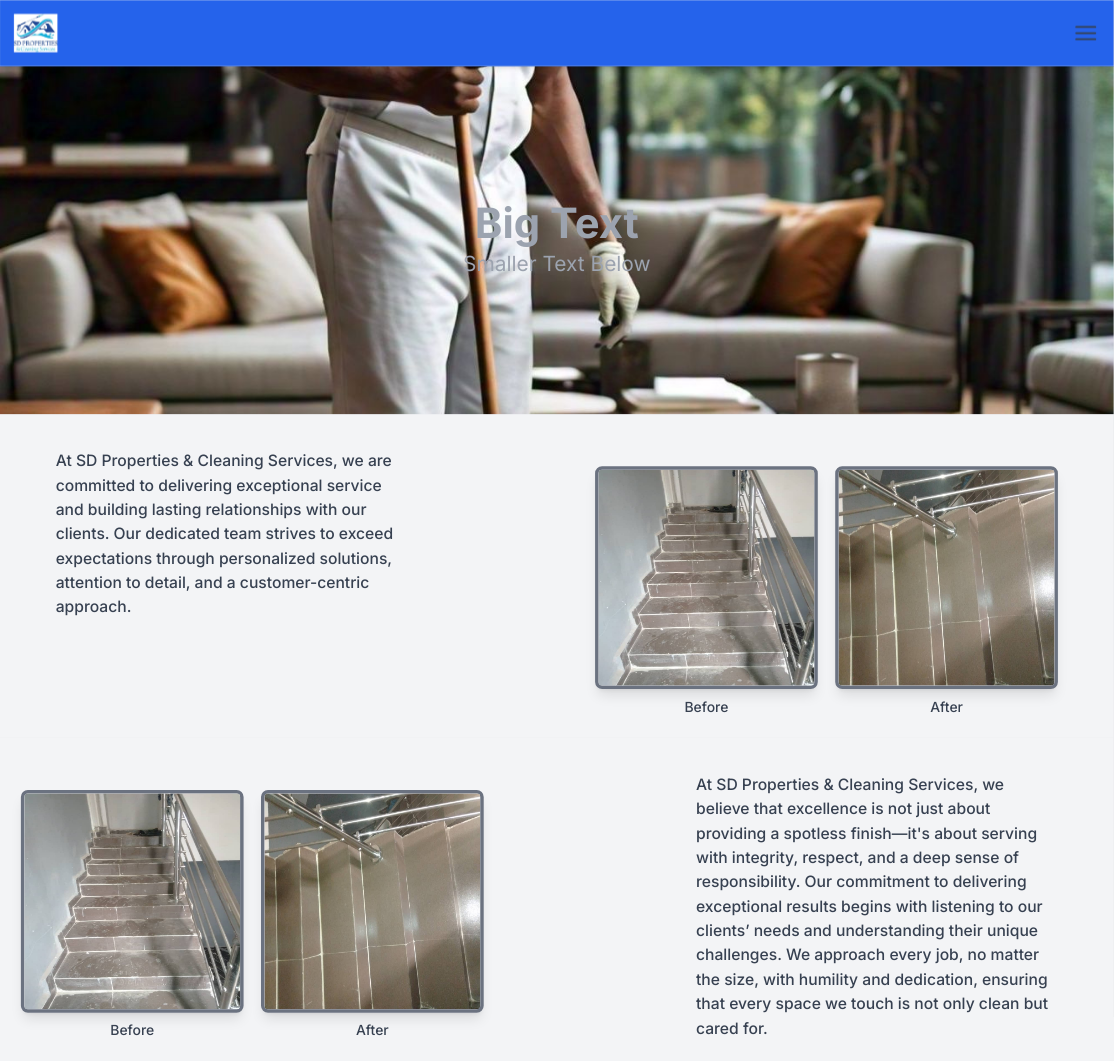
Repository: devmskhan/sdpropandclean
Page: /
An editor plug-in stored every save of this project. The page is shown before and after a run of saves, followed by the edit.
The browser window is 1280 px wide. The pictures show the whole page, at 87% of full size.
The project was rebuilt for these pictures with package versions that can differ from the ones it lists, and the page was loaded fresh each time. The framework's server and built-in components were replaced by stand-ins that run in the browser. Also part of the build but not shown: next.config.mjs.

Above is the page before, as saved 2024-09-03 13:21:42.

### app/layout.tsx
import type { Metadata } from "next";
import { Inter } from "next/font/google";
import "./globals.css";

const inter = Inter({ subsets: ["latin"] });

export const metadata: Metadata = {
  title: "SD Properties & Cleaning",
  description: "Provision of Houses and Cleanliness of Homes is our apex goal",
};

export default function RootLayout({
  children,
}: Readonly<{
  children: React.ReactNode;
}>) {
  return (
    <html lang="en">
      <body className={inter.className}>{children}</body>
    </html>
  );
}

### app/page.tsx
import Header from '../components/Header';
import Body from '../components/Body';

export default function Home() {
  return (
    <main className="min-h-screen bg-gray-200">
      <Header />
      <Body />
    </main>
  );
}

### components/Header.tsx
import Image from "next/image";
import { Bars3Icon } from '@heroicons/react/24/solid'


function Header() {
    return (
      <header className="sticky top-0 z-10 flex justify-between items-center p-4 bg-blue-600 shadow-md">
      <div className="flex items-center">
        <Image
          src="/sdlogo.jpg"
          alt="Logo"
          width={50}
          height={50}
          className="cursor-pointer"
        />
      </div>

      <div className="cursor-pointer">
        <Bars3Icon className="h-8 w-8 text-gray-700" />
      </div>
    </header>

    )
}

export default Header;

### components/Body.tsx



function Body() {
    return (
        <div>
            <div className="relative w-full h-[400px] bg-cover bg-center text-gray-400"
         style={{ backgroundImage: 'url("/pic1.jpg")' }}>
      <div className="absolute inset-0 flex flex-col justify-center items-center text-center">
        {/* Larger Text */}
        <h1 className="text-5xl font-bold mb-2">
          Big Text
        </h1>
        {/* Smaller Text */}
        <p className="text-2xl">
          Smaller Text Below
        </p>
      </div>
    </div>

    <div>

    </div>

      <div className="flex justify-between p-6 bg-gray-100">
  <div className="max-w-md text-left mr-12"> {/* Increased margin-right for larger space */}
    <p className="text-lg font-medium text-gray-700 mt-4 ml-10">
      At SD Properties & Cleaning Services, we are committed to delivering exceptional service and building lasting relationships with our clients. Our dedicated team strives to exceed expectations through personalized solutions, attention to detail, and a customer-centric approach.
    </p>
  </div>
  <div className="flex space-x-5 mt-4 mr-10">
  <div className="flex flex-col items-center">
    <img src="stairsb.jpg" alt="Top Image" className="mt-5 w-64 h-64 rounded-lg shadow-lg border-gray-500 border-solid border-4" />
    <span className="mt-2 text-gray-700 font-medium">Before</span>
  </div>
  <div className="flex flex-col items-center">
    <img src="stairsaft.jpg" alt="Bottom Image" className="mt-5 w-64 h-64 rounded-lg shadow-lg border-gray-500 border-solid border-4" />
    <span className="mt-2 text-gray-700 font-medium">After</span>
  </div>
</div>

</div>

<div className="flex justify-between p-6 bg-gray-100">

<div className="flex space-x-5 mt-4 mr-10">
<div className="flex flex-col items-center">
  <img src="stairsb.jpg" alt="Top Image" className="mt-5 w-64 h-64 rounded-lg shadow-lg border-gray-500 border-solid border-4" />
  <span className="mt-2 text-gray-700 font-medium">Before</span>
</div>
<div className="flex flex-col items-center">
  <img src="stairsaft.jpg" alt="Bottom Image" className="mt-5 w-64 h-64 rounded-lg shadow-lg border-gray-500 border-solid border-4" />
  <span className="mt-2 text-gray-700 font-medium">After</span>
</div>
</div>
<div className="max-w-md text-left mr-12"> {/* Increased margin-right for larger space */}
  <p className="text-lg font-medium text-gray-700 mt-4 ml-10">
  At SD Properties & Cleaning Services, we believe that excellence is not just about providing a spotless finish—it's about serving with integrity, respect, and a deep sense of responsibility. Our commitment to delivering exceptional results begins with listening to our clients’ needs and understanding their unique challenges. We approach every job, no matter the size, with humility and dedication, ensuring that every space we touch is not only clean but cared for.
  </p>
</div>

</div>


        </div>


    )
}

export default Body;

Loaded but not shown: app/globals.css (common file); tailwind.config.ts (common file)

After the next 2 saves:
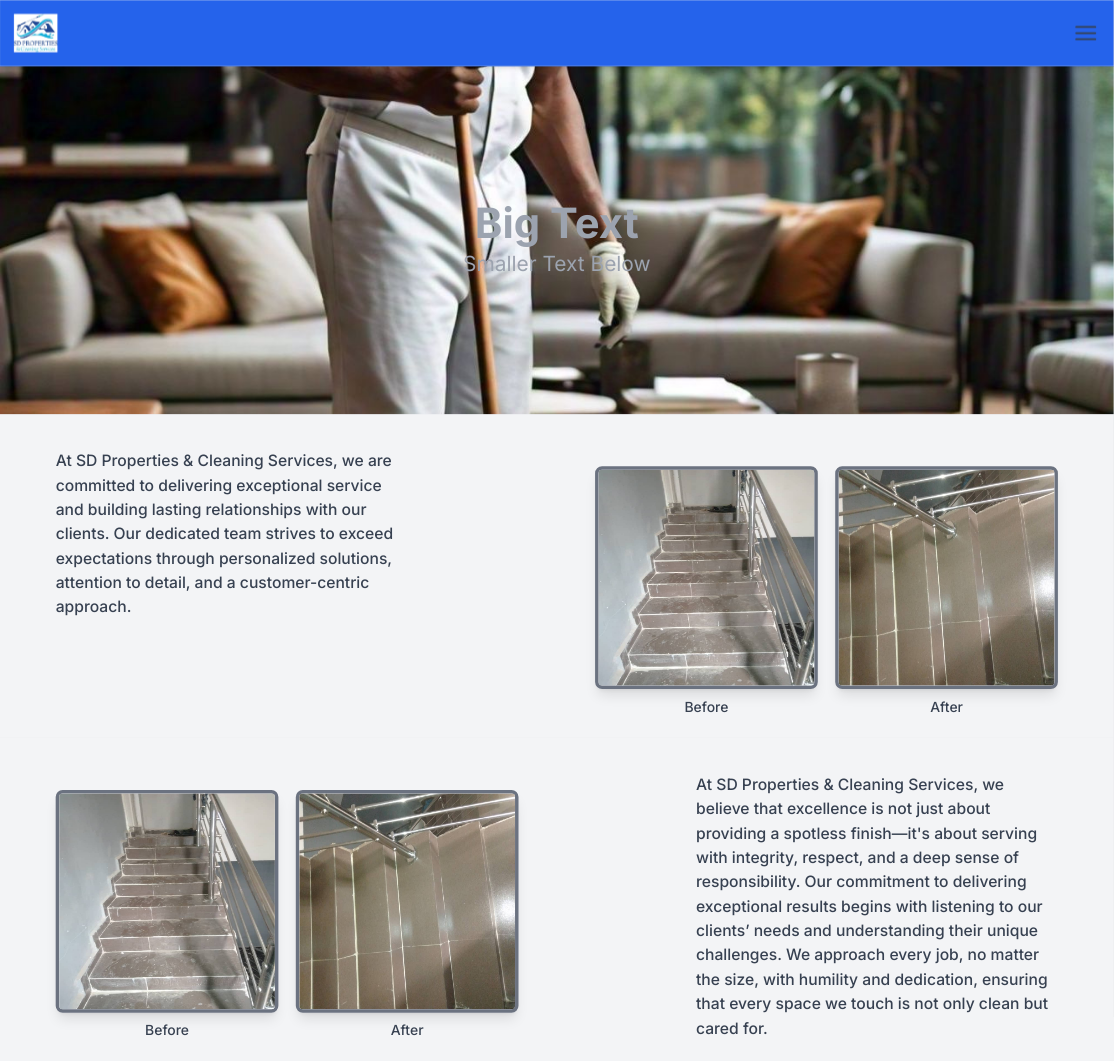
The 2 saves are shown as one change because they came seconds apart.
The last was saved 18 s later.
--- a/components/Body.tsx
+++ b/components/Body.tsx
@@ -43,7 +43,7 @@
 
 <div className="flex justify-between p-6 bg-gray-100">
 
-<div className="flex space-x-5 mt-4 mr-10">
+<div className="flex space-x-5 mt-4 ml-10">
 <div className="flex flex-col items-center">
   <img src="stairsb.jpg" alt="Top Image" className="mt-5 w-64 h-64 rounded-lg shadow-lg border-gray-500 border-solid border-4" />
   <span className="mt-2 text-gray-700 font-medium">Before</span>
